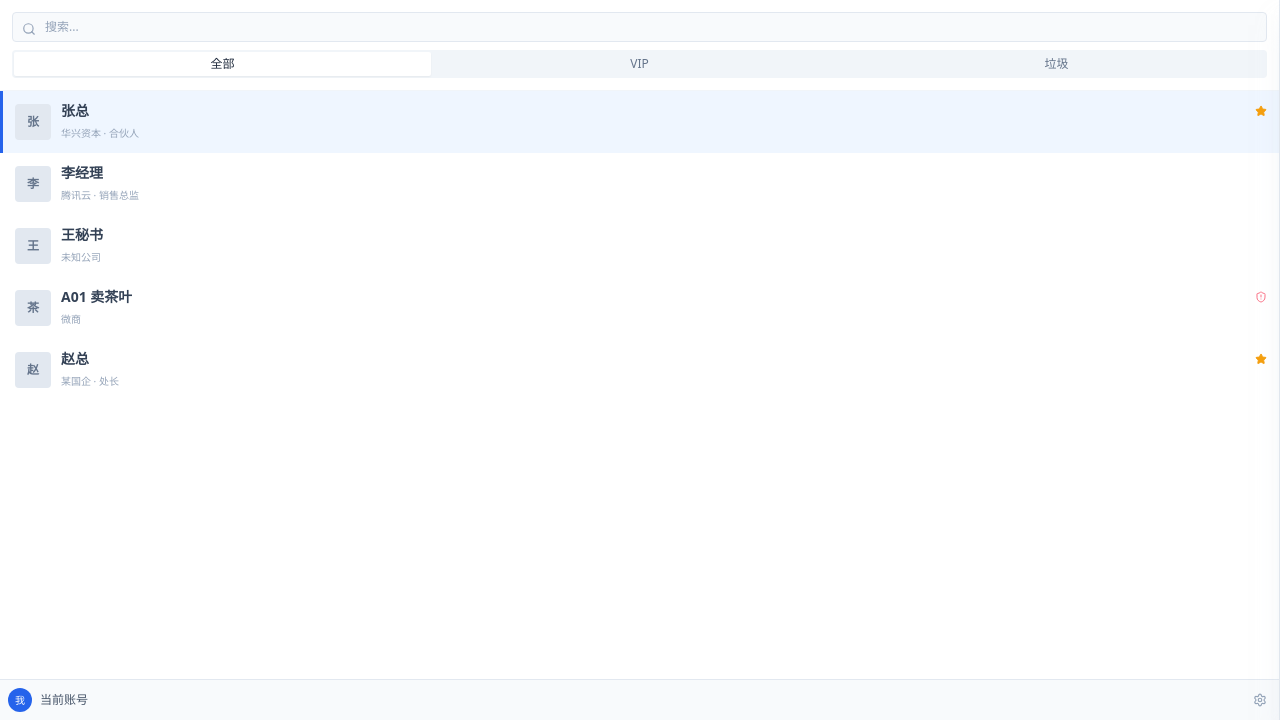
Repository: j76m8bhfny-a11y/wechatGalaxy
Page: / (app in client-radar/)
An editor plug-in stored every save of this project. The page is shown before and after the next save, followed by the edit.
The browser window is 1280 px wide. The pictures show the whole page.
The project was rebuilt for these pictures with package versions that can differ from the ones it lists, and the page was loaded fresh each time. Also part of the build but not shown: client-radar/vite.config.ts.

Above is the page before, as saved 2025-12-18 18:22:50.

After the next save:
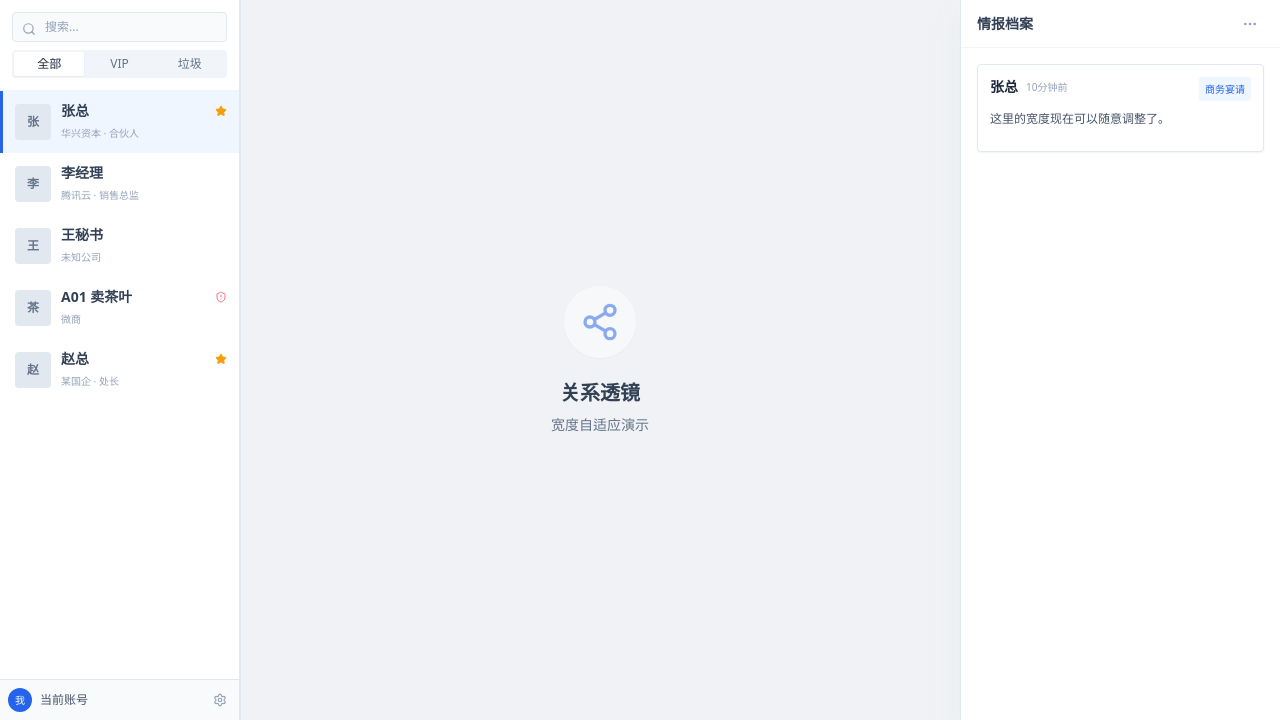
Saved 49 s later.
--- a/client-radar/src/App.vue
+++ b/client-radar/src/App.vue
@@ -1,40 +1,118 @@
 <script setup lang="ts">
+import { ref, onUnmounted } from 'vue';
 import Sidebar from "./components/Sidebar.vue";
 import { MoreHorizontal, Share2 } from "lucide-vue-next";
+
+// === 1. 状态管理：左右两栏的宽度 ===
+const leftWidth = ref(240); // 左侧默认宽度
+const rightWidth = ref(320); // 右侧默认宽度
+
+// 定义最小和最大宽度，防止拖崩坏
+const MIN_LEFT = 200;
+const MAX_LEFT = 400;
+const MIN_RIGHT = 280;
+const MAX_RIGHT = 500;
+
+// === 2. 核心拖拽逻辑 ===
+const isDragging = ref(false); // 是否正在拖拽中（用于控制全局光标）
+
+// 通用的拖拽处理函数
+const startResize = (direction: 'left' | 'right', startEvent: MouseEvent) => {
+  // 阻止默认文本选中行为
+  startEvent.preventDefault();
+  isDragging.value = true;
+
+  // 记录初始位置和初始宽度
+  const startX = startEvent.clientX;
+  const startWidth = direction === 'left' ? leftWidth.value : rightWidth.value;
+
+  // 鼠标移动事件
+  const onMouseMove = (moveEvent: MouseEvent) => {
+    const deltaX = moveEvent.clientX - startX;
+
+    if (direction === 'left') {
+      // 左侧逻辑：往右拖增加宽度
+      const newWidth = startWidth + deltaX;
+      // 限制范围
+      if (newWidth >= MIN_LEFT && newWidth <= MAX_LEFT) {
+        leftWidth.value = newWidth;
+      }
+    } else {
+      // 右侧逻辑：往左拖是增加宽度（因为是从右边算的），也就是 deltaX 为负数时宽度增加
+      // 实际上右侧栏在 Flex 布局中，改变宽度就是直接改变 width 样式
+      // 注意：这里我们是改变 div 的宽度，往左拖动鼠标，clientX 变小，deltaX 为负。
+      // 为了让宽度变大，应该是 startWidth - deltaX
+      const newWidth = startWidth - deltaX;
+      if (newWidth >= MIN_RIGHT && newWidth <= MAX_RIGHT) {
+        rightWidth.value = newWidth;
+      }
+    }
+  };
+
+  // 鼠标抬起事件（结束拖拽）
+  const onMouseUp = () => {
+    isDragging.value = false;
+    document.removeEventListener('mousemove', onMouseMove);
+    document.removeEventListener('mouseup', onMouseUp);
+    // 恢复 body 的光标
+    document.body.style.cursor = '';
+  };
+
+  // 绑定全局事件（防止鼠标滑太快出界）
+  document.addEventListener('mousemove', onMouseMove);
+  document.addEventListener('mouseup', onMouseUp);
+  // 强制设置全局光标为拖拽样式
+  document.body.style.cursor = 'col-resize';
+};
+
 </script>
 
 <template>
   <div class="flex h-screen w-screen overflow-hidden bg-[#F3F3F3] text-slate-800 font-sans text-sm">
 
-    <Sidebar class="shrink-0" />
+    <div :style="{ width: leftWidth + 'px' }" class="shrink-0 flex flex-col h-full relative">
+      <Sidebar />
+    </div>
+
+    <div
+      class="w-1 hover:w-1.5 h-full cursor-col-resize z-50 flex justify-center items-center group -ml-0.5 hover:bg-blue-500/10 transition-colors"
+      @mousedown="(e) => startResize('left', e)"
+    >
+      <div class="w-[1px] h-full bg-slate-200 group-hover:bg-blue-400 transition-colors"></div>
+    </div>
 
     <main class="flex-1 flex flex-col relative overflow-hidden bg-[#F0F2F5]">
-
-      <div class="absolute inset-0 flex items-center justify-center">
+      <div class="absolute inset-0 flex items-center justify-center select-none">
         <div class="text-center p-8">
           <div class="inline-block p-4 rounded-full bg-white shadow-sm text-blue-600 mb-4 animate-pulse">
             <Share2 class="h-10 w-10" />
           </div>
-          <h2 class="text-xl font-bold text-slate-700">关系透镜准备就绪</h2>
-          <p class="text-slate-500 mt-2">点击左侧列表，此处将展开 <span class="font-bold text-blue-600">[张总]</span> 的人脉星系</p>
-          <p class="text-xs text-slate-400 mt-4">Graph Engine Standing By...</p>
+          <h2 class="text-xl font-bold text-slate-700">关系透镜</h2>
+          <p class="text-slate-500 mt-2">宽度自适应演示</p>
         </div>
       </div>
     </main>
 
-    <aside class="w-[320px] bg-white border-l border-slate-200 flex flex-col shrink-0 z-10 shadow-xl shadow-slate-200/50">
+    <div
+      class="w-1 hover:w-1.5 h-full cursor-col-resize z-50 flex justify-center items-center group -mr-0.5 hover:bg-blue-500/10 transition-colors"
+      @mousedown="(e) => startResize('right', e)"
+    >
+      <div class="w-[1px] h-full bg-slate-200 group-hover:bg-blue-400 transition-colors"></div>
+    </div>
 
-      <div class="h-12 border-b border-slate-100 flex items-center justify-between px-4 bg-white shrink-0">
+    <aside
+      :style="{ width: rightWidth + 'px' }"
+      class="bg-white border-l border-slate-200 flex flex-col shrink-0 z-10 shadow-xl shadow-slate-200/50"
+    >
+
+      <div class="h-12 border-b border-slate-100 flex items-center justify-between px-4 bg-white shrink-0 select-none">
         <span class="font-bold text-slate-700">情报档案</span>
-        <div class="flex space-x-1">
-           <button class="p-1.5 hover:bg-slate-50 rounded text-slate-400">
-             <MoreHorizontal class="h-4 w-4" />
-           </button>
-        </div>
+        <button class="p-1.5 hover:bg-slate-50 rounded text-slate-400">
+          <MoreHorizontal class="h-4 w-4" />
+        </button>
       </div>
 
       <div class="flex-1 overflow-y-auto p-4 space-y-4 scrollbar-thin">
-
         <div class="bg-white rounded border border-slate-200 shadow-sm p-3 hover:shadow-md transition-shadow cursor-default group">
           <div class="flex justify-between items-start mb-2">
              <div class="flex items-center space-x-2">
@@ -43,32 +121,10 @@ import { MoreHorizontal, Share2 } from "lucide-vue-next";
              </div>
              <span class="bg-blue-50 text-blue-600 px-1.5 py-0.5 rounded-[3px] text-[10px] font-medium">商务宴请</span>
           </div>
-
           <p class="text-xs text-slate-600 leading-relaxed mb-2.5">
-            今天和华南区的合作伙伴在深圳湾壹号聚餐，感谢大家的支持。今年的目标是两个亿！
+            这里的宽度现在可以随意调整了。
           </p>
-
-          <div class="grid grid-cols-3 gap-1 mb-3">
-             <div class="aspect-square bg-slate-100 rounded-sm"></div>
-             <div class="aspect-square bg-slate-100 rounded-sm"></div>
-             <div class="aspect-square bg-slate-100 rounded-sm"></div>
-          </div>
-
-          <div class="flex items-center justify-between pt-2 border-t border-slate-50">
-             <div class="flex space-x-3 text-[10px] text-slate-400">
-                <span class="flex items-center hover:text-blue-600 cursor-pointer transition-colors">
-                  <span class="mr-1">👍</span> 24
-                </span>
-                <span class="flex items-center hover:text-blue-600 cursor-pointer transition-colors">
-                  <span class="mr-1">💬</span> 5
-                </span>
-             </div>
-             <button class="text-[10px] text-blue-600 opacity-0 group-hover:opacity-100 transition-opacity font-medium hover:underline">
-               AI 生成评论
-             </button>
-          </div>
         </div>
-
       </div>
     </aside>
 
@@ -76,13 +132,13 @@ import { MoreHorizontal, Share2 } from "lucide-vue-next";
 </template>
 
 <style>
+/* 防止拖拽时选中文字，提升体验 */
 body {
   margin: 0;
   font-family: 'Microsoft YaHei UI', 'Segoe UI', system-ui, sans-serif;
   -webkit-font-smoothing: antialiased;
 }
 
-/* 右侧栏也可以用细滚动条 */
 .scrollbar-thin::-webkit-scrollbar {
   width: 4px;
 }
